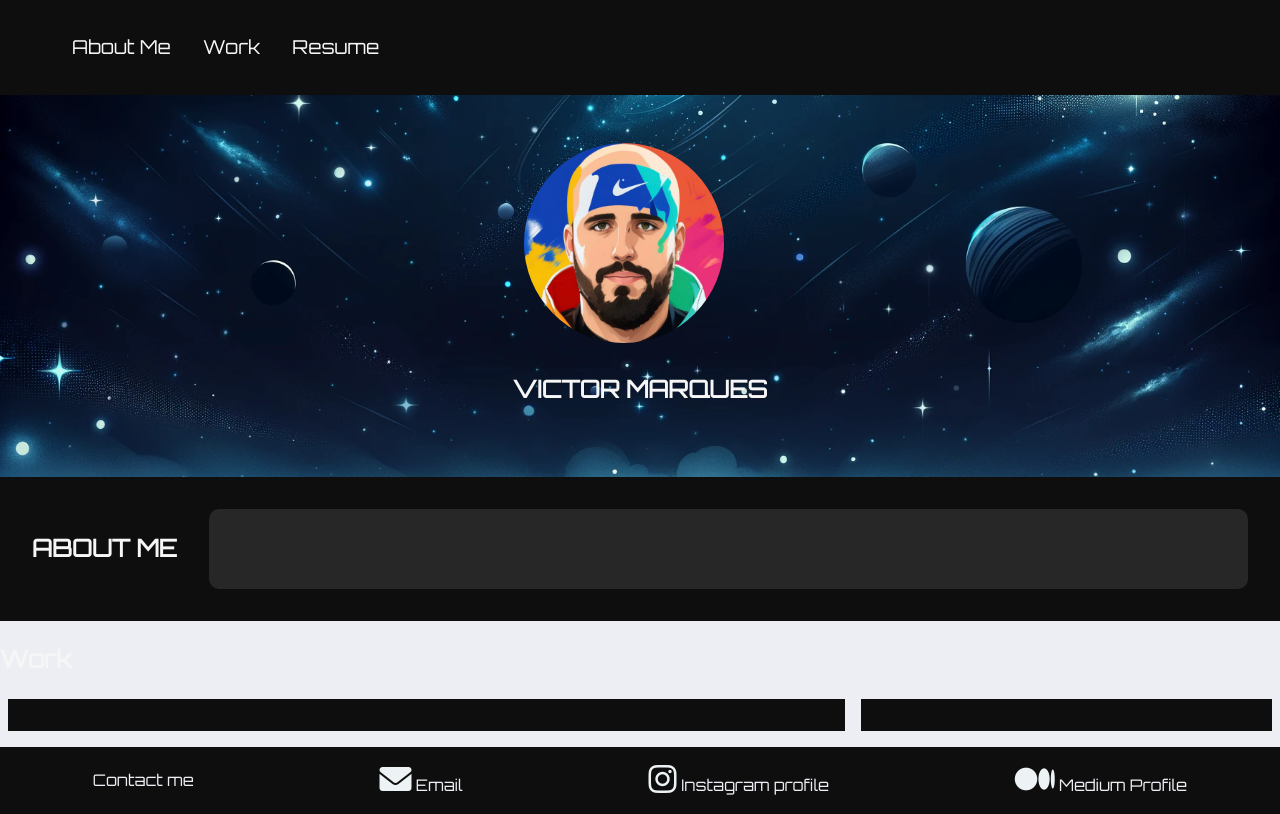
Repository: uvee35/Challenge2-Victor
Page: index.html
These files come from the project's save history. The page is drawn as it stood at one moment and after the next save; the edit follows.
The browser window is 1280 px wide. The pictures show the whole page.

Above is the page before, as saved 2023-12-11 20:54:26.

### index.html
<!DOCTYPE html>
<html lang="en-gb">
  <head>
    <meta charset="UTF-8" />
    <meta name="viewport" content="width=device-width, initial-scale=1.0" />
    <meta http-equiv="X-UA-Compatible" content="ie=edge" />
    <title>Victor Marques Portfolio</title>
    <link rel="stylesheet" href="assets/style.css" />
    <link
      href="https://cdnjs.cloudflare.com/ajax/libs/font-awesome/6.0.0-beta3/css/all.min.css"
      rel="stylesheet"
    />
    <link
      href="https://fonts.googleapis.com/css?family=Orbitron&display=swap"
      rel="stylesheet"
    />
  </head>

  <body>
    <header class="header">
      <nav class="header__nav">
        <ul class="nav__list">
          <li class="nav__item">
            <a href="#about" class="nav__link">About Me</a>
          </li>
          <li class="nav__item"><a href="#work" class="nav__link">Work</a></li>
          <li class="nav__item">
            <a href="#resume" class="nav__link">Resume</a>
          </li>
        </ul>
      </nav>
    </header>

    <section class="hero-banner">
      <div class="hero-banner__content">
        <img src="..///assets/victor.JPG" alt="Victor" class="about__image" />
        <h1>VICTOR MARQUES</h1>
      </div>
    </section>

    <main class="page-wrapper">
      <section class="about-section">
        <h2 class="about-title">ABOUT ME</h2>
        <div class="about-box">
          <p class="about-me-text">
            <!-- Your about me text -->
          </p>
        </div>
      </section>

      <section class="page-section" id="work">
        <h2>Work</h2>
        <div class="work__projects">
          <div class="project project--featured"></div>
          <div class="project">
            <!-- Other project content -->
          </div>
          <!-- Repeat for other projects as necessary -->
        </div>
      </section>
    </main>

    <footer class="footer">
      <div class="footer__contact-info">
        <span class="footer__contact-header">Contact me</span>
        <a href="mailto:victormarquesrina@hotmail.com" class="contact-link">
          <i class="fas fa-envelope social-icon"></i>
          <span>Email</span>
        </a>
        <a href="https://www.instagram.com/Uvee35" class="contact-link">
          <i class="fab fa-instagram social-icon"></i>
          <span>Instagram profile</span>
        </a>
        <a href="https://medium.com/@victor5.vm58" class="contact-link">
          <i class="fab fa-medium social-icon"></i>
          <span>Medium Profile</span>
        </a>
      </div>
    </footer>
  </body>
</html>

### assets/style.css
:root {
  --primary-color: #edeef3;
  --secondary-color: #0e0e0e;
  --accent-color: #edf2f4;
  --font-color: #f6f6f6;
  --font-family: 'Orbitron', sans-serif;
}

*,
*::before,
*::after {
  box-sizing: border-box;
}

body {
  font-family: var(--font-family);
  color: var(--font-color);
  background-color: var(--primary-color);
  line-height: 1.6;
  margin: 0;
  padding: 0;
  display: flex;
  flex-direction: column;
  min-height: 100vh;
}

.header {
  background-color: var(--secondary-color);
  color: var(--primary-color);
  padding: 1rem;
  display: flex;
  align-items: center;
  justify-content: space-between;
}


.nav__list {
  display: flex;
  list-style: none;
  justify-content: center;
}

.nav__item {
  margin: 0 1rem;
}

.nav__link {
  color: var(--font-color);
  text-decoration: none;
  font-size: 1.2rem;
}

.hero-banner {
  background-image: url('..//assets/background.png');
  background-size: cover;
  background-position: center;
  padding: 3rem 0;
  text-align: center;
  display: flex;
  align-items: center;
  justify-content: center;
}

.hero-banner__subtitle {
  color: var(--accent-color);
  font-size: 2rem;
  background: white; /* Remove any background color */
  display: inline-block;
  padding: 0.5rem 1rem;
}
.about__image {
  width: 200px;
  height: 200px;
  border-radius: 50%;
  object-fit: cover;
  margin-right: 2rem;
}

.about-section {
  background-color: var(--secondary-color);
  padding: 2rem;
  display: flex;
  justify-content: space-between;
  align-items: center;

}

.about-title {
  color: var(--font-color);
  font-size: 1.5rem;
  margin-right: 2rem; /* Adjust space between title and box */
}

.about-box {
  flex-grow: 1;
  background: rgba(255, 255, 255, 0.1); /* Semi-transparent white */
  padding: 2rem;
  border-radius: 10px;
  color: var(--font-color);
  font-size: 1rem;
  text-align: justify;
}

.work__projects {
  display: flex;
  flex-wrap: wrap;
  gap: 1rem;
  justify-content: center;
}

.project {
  background-color: var(--secondary-color);
  padding: 1rem;
  width: calc(33.333% - 1rem);
  margin-bottom: 1rem;
}

.project--featured {
  width: calc(66.666% - 1rem);
}

.project img {
  max-width: 100%;
  height: auto;
  border: 3px solid var(--accent-color);
}

.footer {
  background-color: var(--secondary-color);
  color: var(--primary-color);
  text-align: center;
  padding: 1rem 0;
  display: flex;
  justify-content: space-around;
  align-items: center;
  margin-top: auto; /* Pushes the footer to the bottom */
}

.footer a {
  color: var(--primary-color);
  text-decoration: none;
}

.footer__contact-info {
  display: flex;
  justify-content: space-around;
  align-items: center;
  width: 100%;
}

.social-icon {
  font-size: 2rem;
  color: var(--accent-color);
}

/* Media Queries for Responsive Design */
@media (max-width: 768px) {
  .project {
    width: calc(50% - 1rem);
  }

  .project--featured {
    width: 100%;
  }

  .about-box {
    width: 100%;
  }
}

@media (max-width: 480px) {
  .nav__list {
    flex-direction: column;
    align-items: center;
  }

  .nav__item {
    margin-bottom: 0.5rem;
  }

  .project,
  .project--featured {
    width: 100%;
  }

  .about-section {
    flex-direction: column;
    text-align: center;
  }

  .about-title {
    margin: 0 0 1rem 0;
  }
}

After the next save:
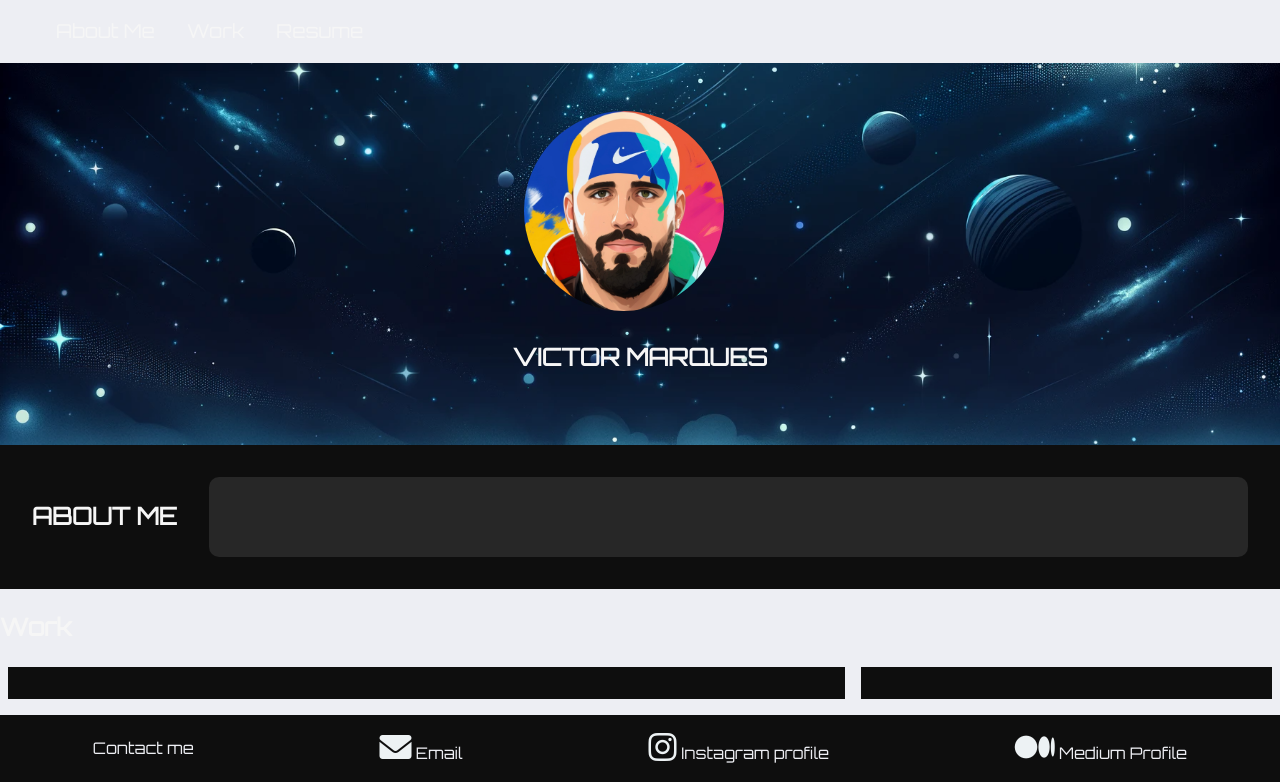
Saved 3 min 22 s later.
--- a/assets/style.css
+++ b/assets/style.css
@@ -24,20 +24,19 @@
   min-height: 100vh;
 }
 
-.header {
-  background-color: var(--secondary-color);
-  color: var(--primary-color);
+.he.header {
+  display: flex;
+  justify-content: center; /* This will center the navigation items */
+  align-items: center; /* This will vertically center the items if the header has a specific height */
   padding: 1rem;
-  display: flex;
-  align-items: center;
-  justify-content: space-between;
 }
+
 
 
 .nav__list {
   display: flex;
   list-style: none;
-  justify-content: center;
+
 }
 
 .nav__item {
